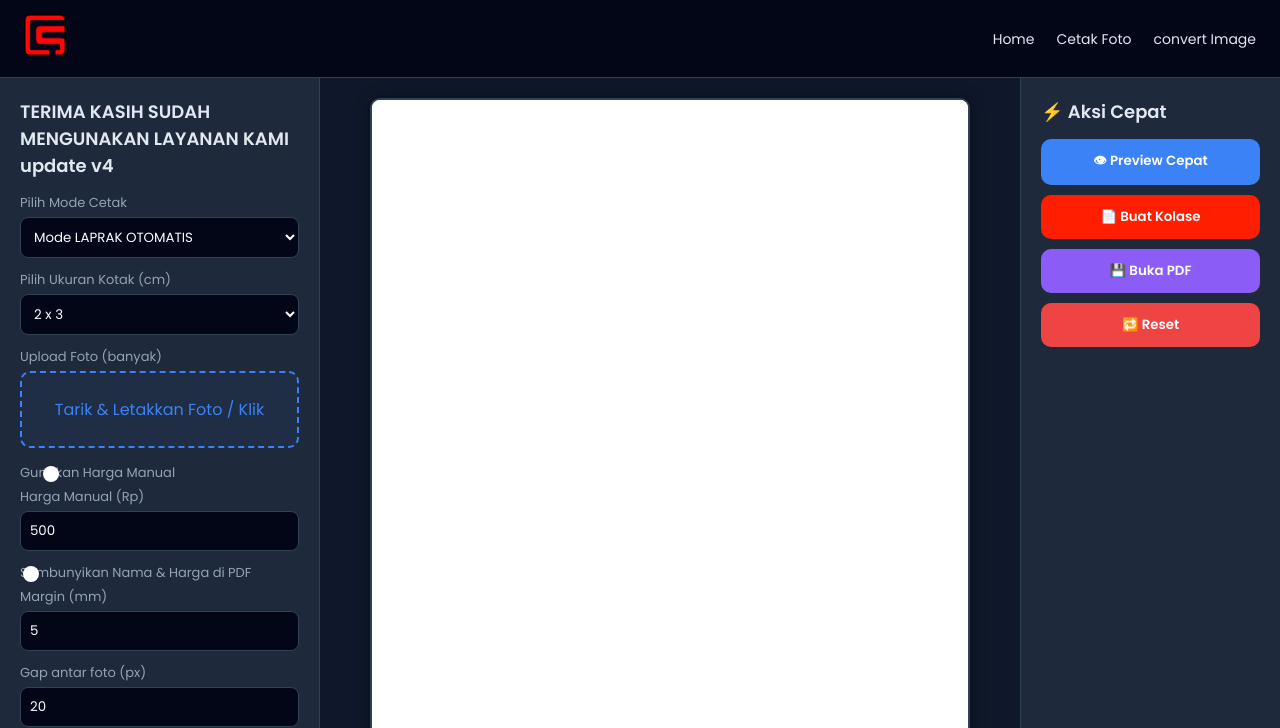
Repository: procinema22/hiisedulurfc
Page: hesedulur-main/cetakfoto.html
An editor plug-in stored every save of this project. The page is shown before and after the next save, followed by the edit.
The browser window is 1280 px wide. The pictures show the whole page.
An inner scrolling area shows only its first screen.

Above is the page before, as saved 2026-04-24 00:11:59.

After the next save:
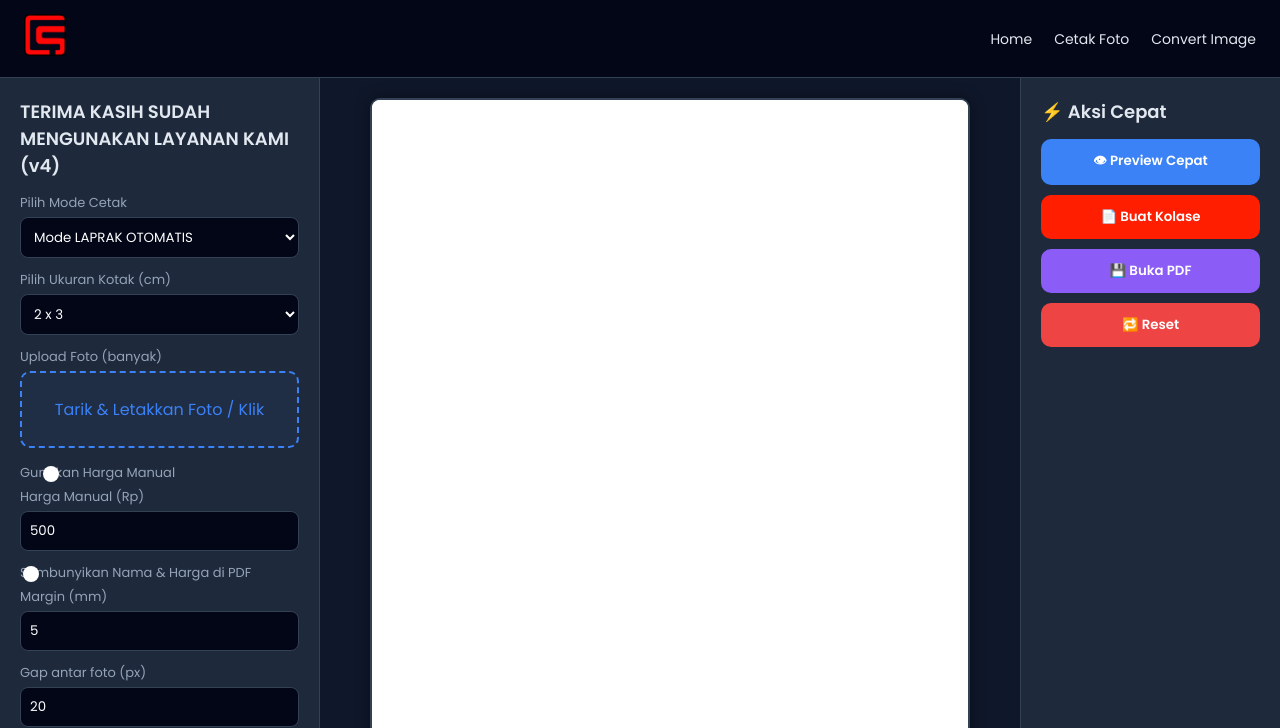
Saved 113 s later.
--- a/hesedulur-main/cetakfoto.html
+++ b/hesedulur-main/cetakfoto.html
@@ -3,7 +3,6 @@
 <head>
   <meta charset="UTF-8">
   <meta name="viewport" content="width=device-width, initial-scale=1.0">
-
   <title>SEDULUR FOTO COPY – Cetak Foto</title>
 
   <link rel="icon" type="image/png" href="img/loggo/sdlr.png">
@@ -28,8 +27,7 @@
     <ul>
       <li><a href="index.html">Home</a></li>
       <li><a href="cetakfoto.html" class="active">Cetak Foto</a></li>
-      <li><a href="convert-image.html">convert Image</a></li>
-
+      <li><a href="convert-image.html">Convert Image</a></li>
     </ul>
   </nav>
 </header>
@@ -40,8 +38,9 @@
   <!-- ========= PANEL KIRI ========= -->
   <aside class="left-panel">
 
-    <h2 class="section-title">TERIMA KASIH SUDAH MENGUNAKAN LAYANAN KAMI update v4</h2>
+    <h2 class="section-title">TERIMA KASIH SUDAH MENGUNAKAN LAYANAN KAMI (v4)</h2>
 
+    <!-- MODE -->
     <label>Pilih Mode Cetak</label>
     <select id="modeSelect">
       <option value="normal">Mode LAPRAK OTOMATIS</option>
@@ -54,6 +53,7 @@
       <input id="circleDiameter" type="number" value="4">
     </div>
 
+    <!-- SIZE -->
     <label>Pilih Ukuran Kotak (cm)</label>
     <select id="sizeSelect">
       <option value="2x3">2 x 3</option>
@@ -70,44 +70,48 @@
       <input id="customH" type="number" placeholder="Tinggi (cm)">
     </div>
 
+    <!-- UPLOAD -->
     <label>Upload Foto (banyak)</label>
     <div id="dropArea" class="drop-area">
       Tarik & Letakkan Foto / Klik
     </div>
     <input id="upload" type="file" multiple accept="image/*" hidden>
 
+    <!-- MANUAL HARGA -->
     <label class="switch">
       <input type="checkbox" id="manualHargaCheckbox">
       <span class="slider"></span>
       <span class="label-text">Gunakan Harga Manual</span>
     </label>
+
     <div id="manualHargaBox" style="display:none;">
       <label>Harga Manual (Rp)</label>
-      <input
-  id="manualHargaInput"
-  type="number"
-  value="500"
-  min="500"
-  step="500">
+      <input id="manualHargaInput" type="number" value="500" min="500" step="500">
     </div>
 
+    <!-- HIDE INFO -->
     <label class="switch">
       <input type="checkbox" id="hideInfo">
       <span class="slider"></span>
       <span class="label-text">Sembunyikan Nama & Harga di PDF</span>
     </label>
 
+    <!-- MARGIN & GAP -->
     <label>Margin (mm)</label>
     <input id="marginInputMm" type="number" value="5">
 
     <label>Gap antar foto (px)</label>
     <input id="gap" type="number" value="20">
 
+    <!-- USER -->
     <label>Nama Pelanggan</label>
     <input id="userName" type="text" placeholder="Nama pengguna">
-    <label>
+
+    <!-- HEADER -->
+    <label class="switch">
       <input type="checkbox" id="useHeaderText">
-      Gunakan Header (Judul Atas)
+      <span class="slider"></span>
+      <span class="label-text">Gunakan Header (Judul Atas)</span>
     </label>
 
     <div id="headerTextBox" style="display:none;">
@@ -118,24 +122,30 @@
       <input type="number" id="headerFontSize" value="24">
     </div>
 
-    <label>
+    <!-- LAPRAK -->
+    <label class="switch">
       <input type="checkbox" id="laprakMode">
-      Mode Laprak Manual
+      <span class="slider"></span>
+      <span class="label-text">Mode Laprak Manual</span>
     </label>
 
     <div id="laprakControls" style="display:none;">
       <label>Nama Laprak</label>
       <input type="text" id="laprakName">
+
       <label>Harga Laprak (Rp)</label>
       <input type="number" id="laprakPrice" value="2000">
     </div>
 
+    <!-- PRICE -->
     <div class="price" id="priceDisplay">Harga: Rp 0</div>
     <div id="batchList"></div>
 
-    <label>
+    <!-- WATERMARK -->
+    <label class="switch">
       <input type="checkbox" checked disabled>
-      hubungi admin untuk menghilangkan watermark
+      <span class="slider"></span>
+      <span class="label-text">Hubungi admin untuk menghilangkan watermark</span>
     </label>
 
   </aside>
@@ -172,8 +182,5 @@
 
 <script src="js/script.js"></script>
 
-<!-- ================= FIREBASE AUTH ================= -->
-
-
 </body>
 </html>
